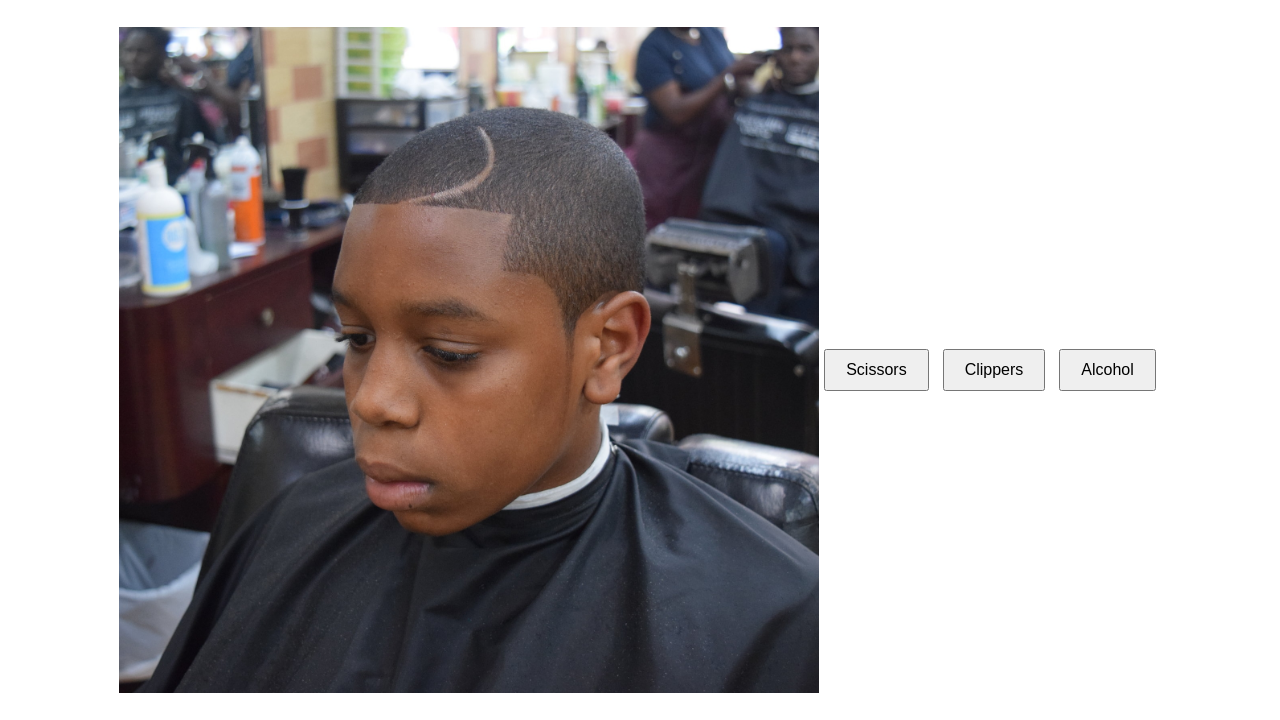
Repository: anderscederberg11/unhandledRuntimeError.json
Page: Henver/henver2.html
These files come from the project's save history. The page is drawn as it stood at one moment and after the next save; the edit follows.
The browser window is 1280 px wide. The pictures show the whole page.

Above is the page before, as saved 2024-05-24 18:08:10.

### Henver/henver2.html
<!DOCTYPE html>
<html lang="en">
<head>
    <meta charset="UTF-8">
    <meta name="viewport" content="width=device-width, initial-scale=1.0">
    <title>HaircutHenver</title>
    <link rel="stylesheet" href="henver2.css">
</head>
<body>
    <div class="haircutVro">
        <img class="haircutPic" src="/Henver/imgs/haircutbro.jpeg" alt="kid in barber chair">
    </div>
    <div class="toolbar">
        <button id="scissorsBtn">Scissors</button>
        <button id="clippersBtn">Clippers</button>
        <button id="alcoholBtn">Alcohol</button>
    </div>

    <script>
        const scissorsBtn = document.getElementById('scissorsBtn');
        const clippersBtn = document.getElementById('clippersBtn');
        const alcoholBtn = document.getElementById('alcoholBtn');

        scissorsBtn.addEventListener('click', () => {
            console.log("Scissors button clicked");
            document.body.style.cursor = 'url("/Henver/imgs/Scissors.png"), auto';
        });

        clippersBtn.addEventListener('click', () => {
            console.log("Clippers button clicked");
            document.body.style.cursor = 'url("/Henver/imgs/clippers.png"), auto';
        });

        alcoholBtn.addEventListener('click', () => {
            console.log("Alcohol button clicked");
            document.body.style.cursor = 'url("/Henver/imgs/alcoholspray.png"), auto';
        });
    </script>
</body>
</html>

### Henver/henver2.css
body, html {
    height: 100%;
    margin: 0;
    display: flex;
    align-items: center;
    justify-content: center;
}

.haircutVro {
    display: flex;
    align-items: center;
    justify-content: center;
    width: 700px;
    height: 700px;
}

.haircutPic {
    max-width: 100%;
    max-height: 100%;
}

.toolbar {
    margin-top: 20px;
}

button {
    margin: 5px;
    padding: 10px 20px;
    font-size: 16px;
    cursor: pointer;
}

After the next save:
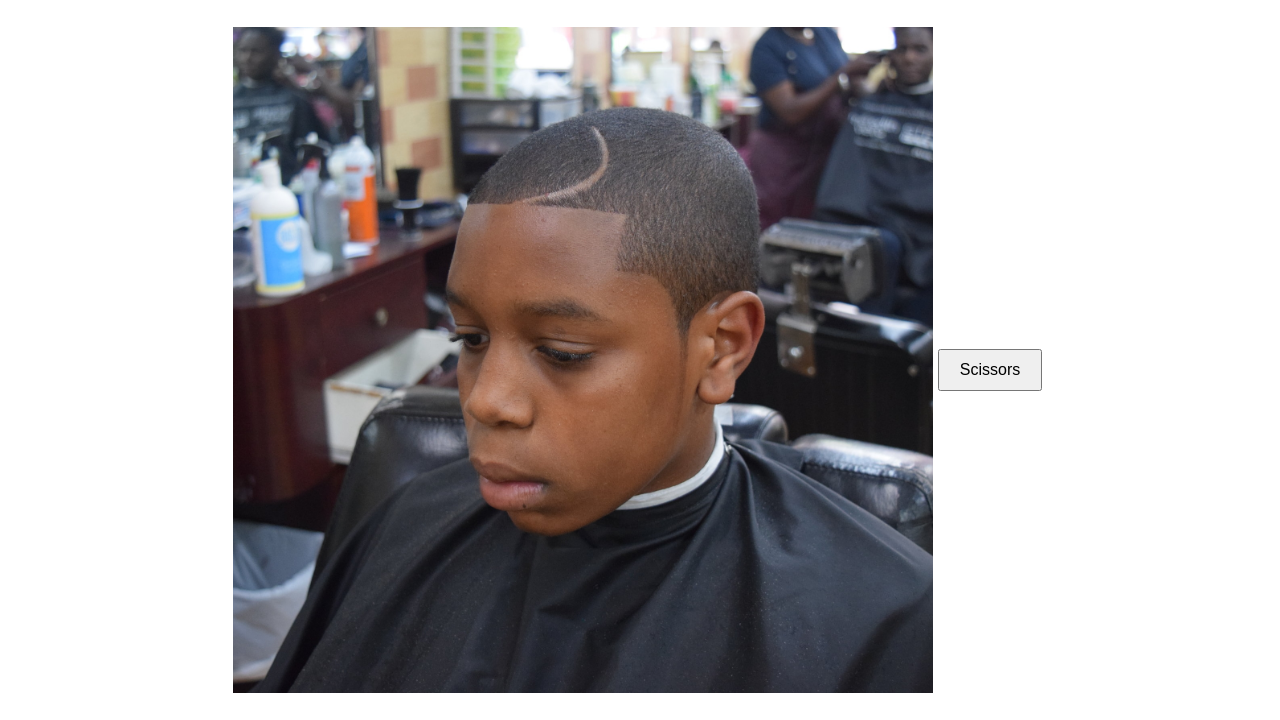
Saved 116 s later.
--- a/Henver/henver2.html
+++ b/Henver/henver2.html
@@ -12,29 +12,7 @@
     </div>
     <div class="toolbar">
         <button id="scissorsBtn">Scissors</button>
-        <button id="clippersBtn">Clippers</button>
-        <button id="alcoholBtn">Alcohol</button>
     </div>
 
-    <script>
-        const scissorsBtn = document.getElementById('scissorsBtn');
-        const clippersBtn = document.getElementById('clippersBtn');
-        const alcoholBtn = document.getElementById('alcoholBtn');
-
-        scissorsBtn.addEventListener('click', () => {
-            console.log("Scissors button clicked");
-            document.body.style.cursor = 'url("/Henver/imgs/Scissors.png"), auto';
-        });
-
-        clippersBtn.addEventListener('click', () => {
-            console.log("Clippers button clicked");
-            document.body.style.cursor = 'url("/Henver/imgs/clippers.png"), auto';
-        });
-
-        alcoholBtn.addEventListener('click', () => {
-            console.log("Alcohol button clicked");
-            document.body.style.cursor = 'url("/Henver/imgs/alcoholspray.png"), auto';
-        });
-    </script>
 </body>
 </html>
